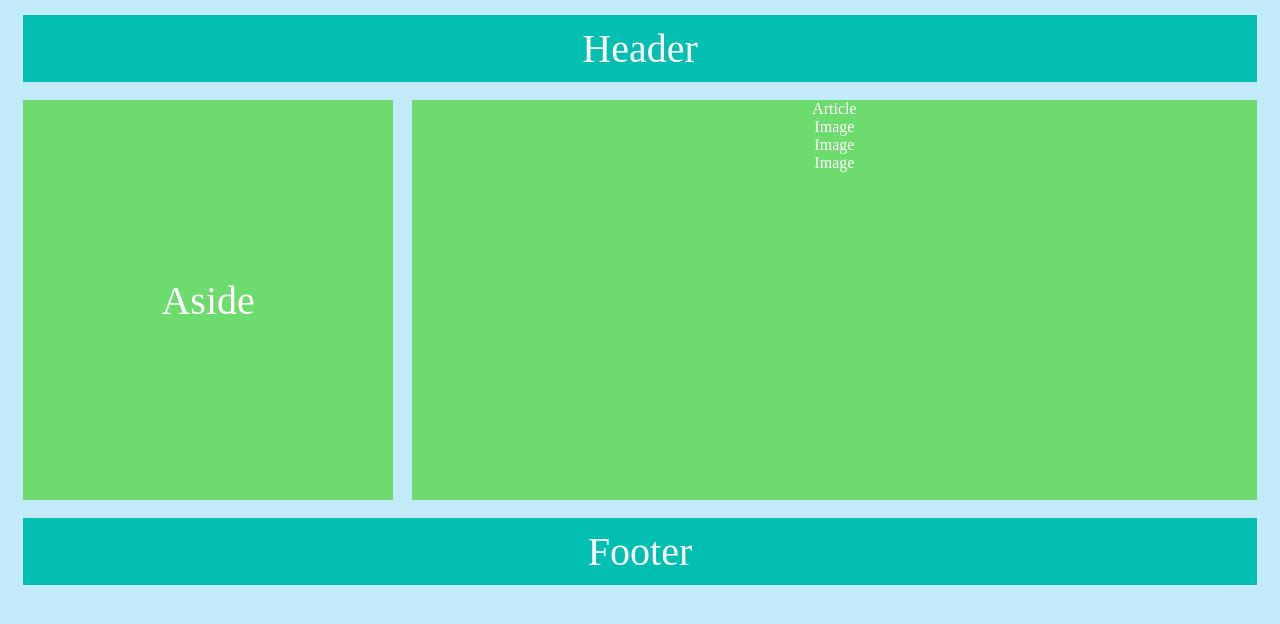
Repository: huyennvo/CSS
Page: flex-css-example/index.html
These files come from the project's save history. The page is drawn as it stood at one moment and after the next save; the edit follows.
The browser window is 1280 px wide. The pictures show the whole page.

Above is the page before, as saved 2022-07-18 11:04:52.

After the next save:
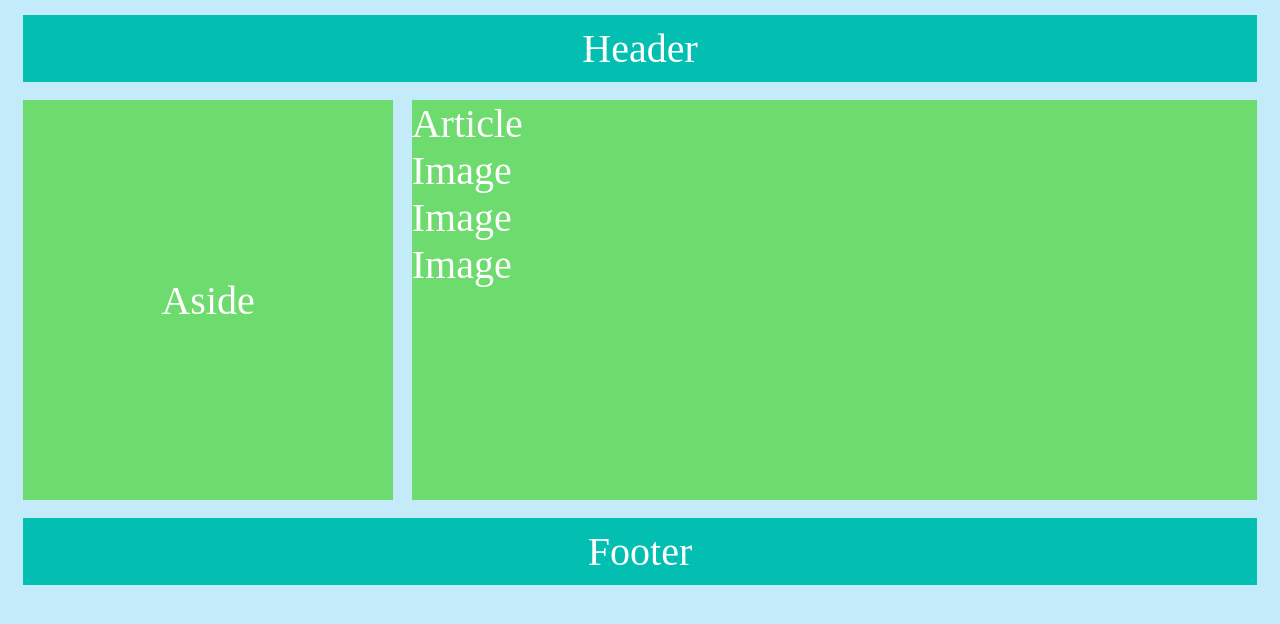
Saved 12 s later.
--- a/flex-css-example/index.css
+++ b/flex-css-example/index.css
@@ -42,7 +42,9 @@ html {
     background-color: #6EDB6E;
     width: 68.5%;
     height: 400px;
-    text-align: center;
+    justify-content: center;
+    align-items: center;
+    font-size: 40px;
 }
 
 .item {
